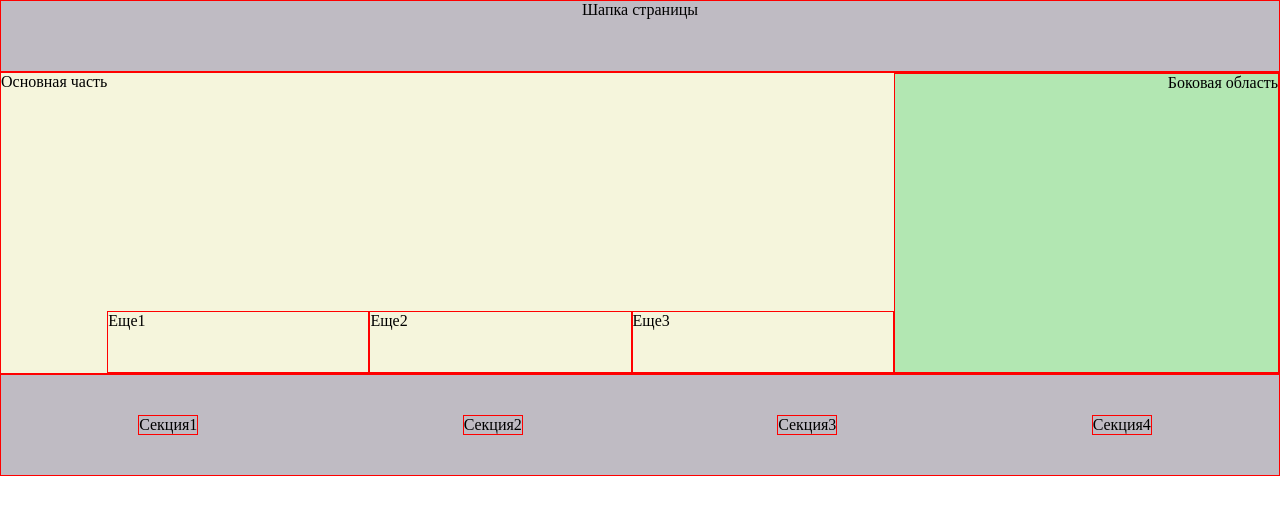
Repository: IrinaGetmanenko/week5
Page: week5/index.html
The author's editor kept a copy of each file at every save. The page is drawn from the files as they stood at one save, then again after the next save.
The browser window is 1280 px wide. The pictures show the whole page.

Above is the page before, as saved 2022-08-28 19:57:07.

After the next save:
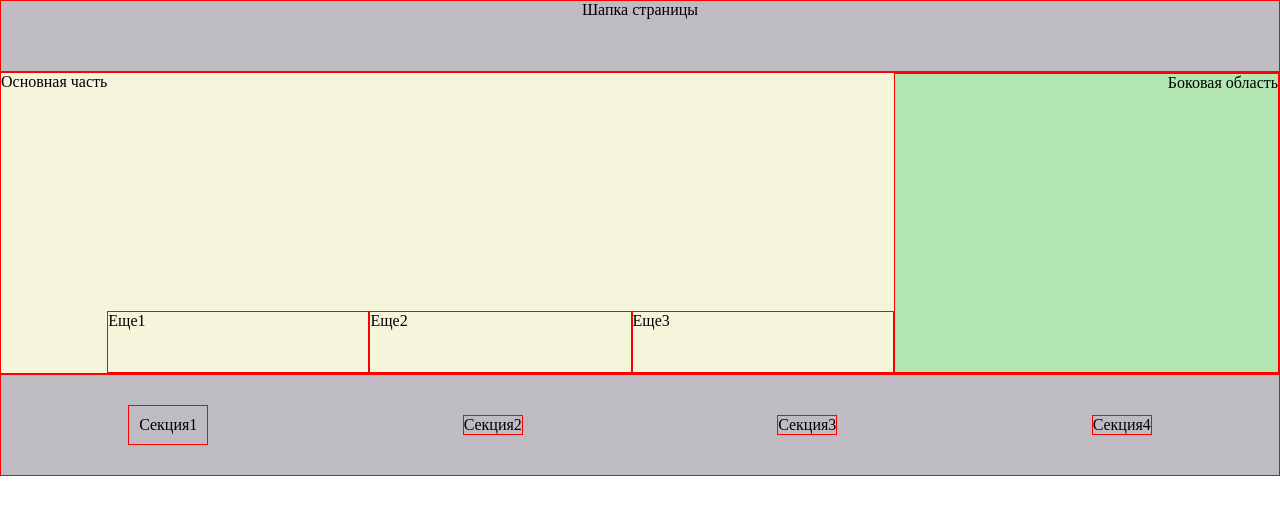
Saved 20 s later.
--- a/week5/index.html
+++ b/week5/index.html
@@ -72,7 +72,7 @@
 .f1{
     border: 1px solid red;
     align-self: center;
-    margin: 10px;
+    padding: 10px;
 
 
 }
